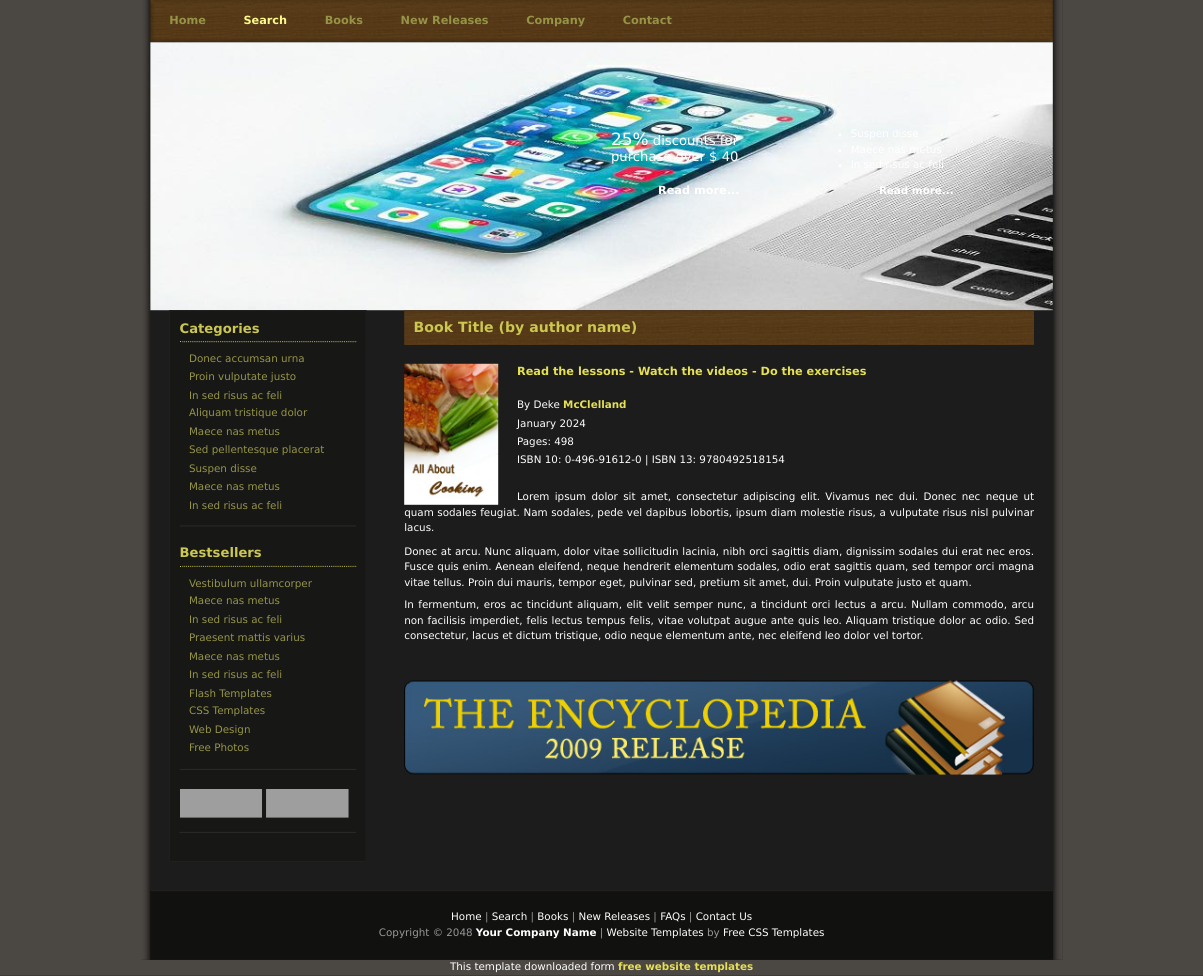
Repository: priyankamergu/MyAllProjects
Page: http://localhost/OnlineShopping/Subpage.jsp
An editor plug-in stored every save of this project. The page is shown before and after a run of saves, followed by the edit.
The browser window is 1280 px wide. The pictures show the whole page, at 94% of full size.
Pictures or frames that could not be fetched are drawn as grey boxes. The page is served by Tomcat 9.

Above is the page before, as saved 2019-11-20 12:11:42.

After the next 2 saves:
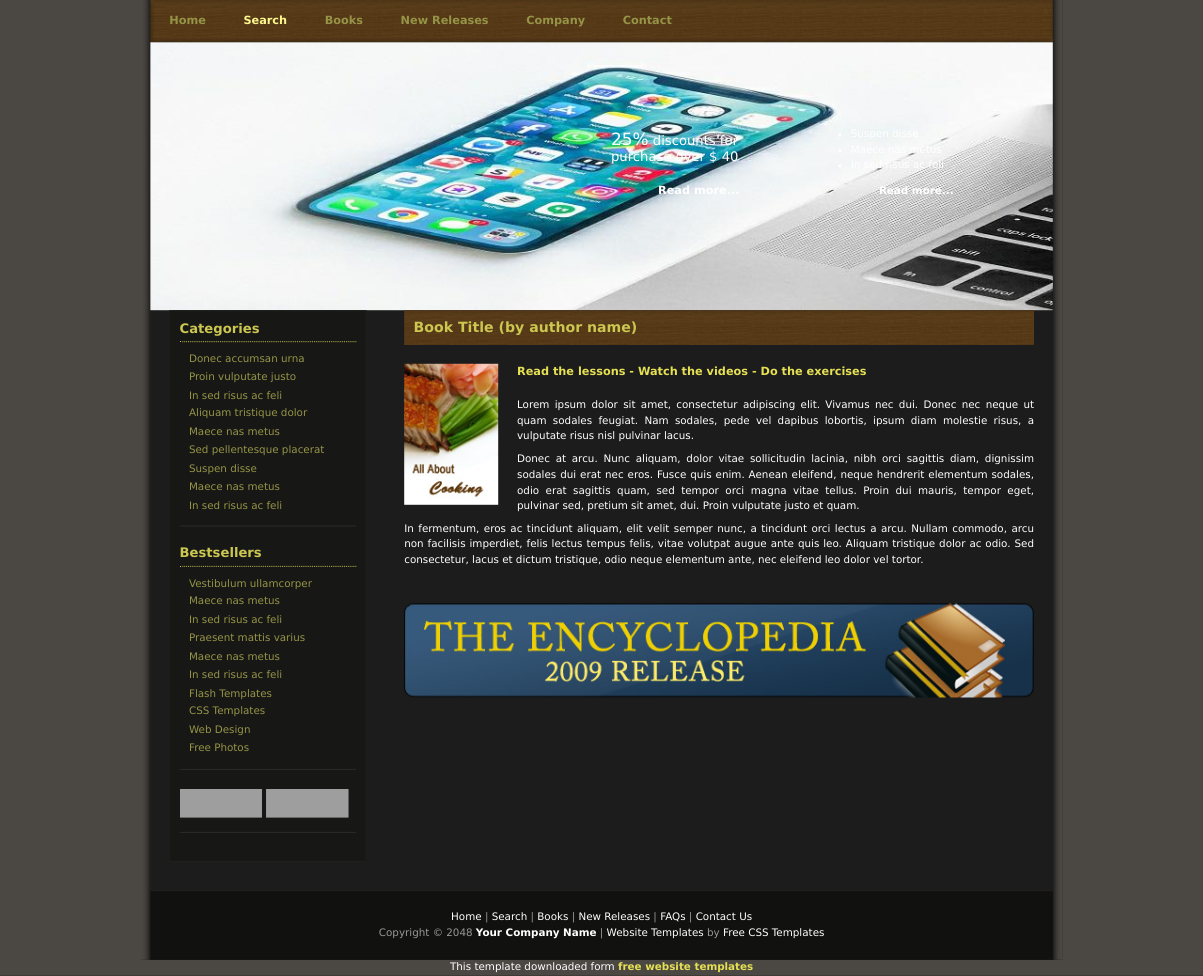
The 2 saves are shown as one change because they came seconds apart.
The last was saved 18 min 11 s later.
--- a/Workspace_JEE7_WEB/OnlineShopping/WebContent/Subpage.jsp
+++ b/Workspace_JEE7_WEB/OnlineShopping/WebContent/Subpage.jsp
@@ -85,12 +85,12 @@
             <h1>Book Title <span>(by author name)</span></h1>
             <div class="image_panel"><img src="images/templatemo_image_02.jpg" alt="CSS Template" width="100" height="150" /></div>
           <h2>Read the lessons - Watch the videos - Do the exercises</h2>
-            <ul>
+         <!--   <ul>
 	            <li>By Deke <a href="#">McClelland</a></li>
             	<li>January 2024</li>
                 <li>Pages: 498</li>
                 <li>ISBN 10: 0-496-91612-0 | ISBN 13: 9780492518154</li>
-            </ul>
+            </ul>-->
 
             <p>Lorem ipsum dolor sit amet, consectetur adipiscing elit. Vivamus nec dui. Donec nec neque ut quam sodales feugiat. Nam sodales, pede vel dapibus lobortis, ipsum diam molestie risus, a vulputate risus nisl pulvinar lacus.</p>
 
